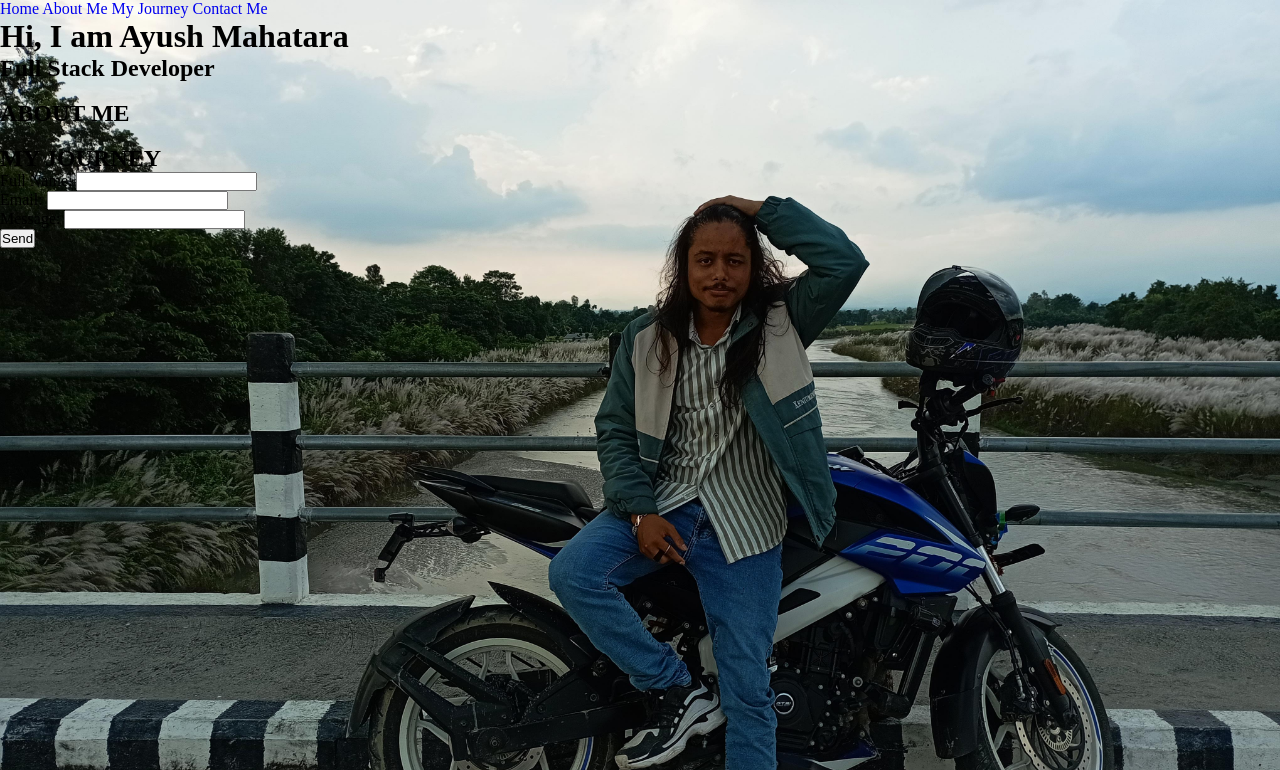
Repository: AyushMahatara/personal-website
Page: New folder/index.html
The author's editor kept a copy of each file at every save. The page is drawn from the files as they stood at one save, then again after the next save.
The browser window is 1280 px wide. The pictures show the whole page.
Backgrounds fixed to the window are drawn as part of the page.

Above is the page before, as saved 2023-07-19 22:43:11.

After the next save:
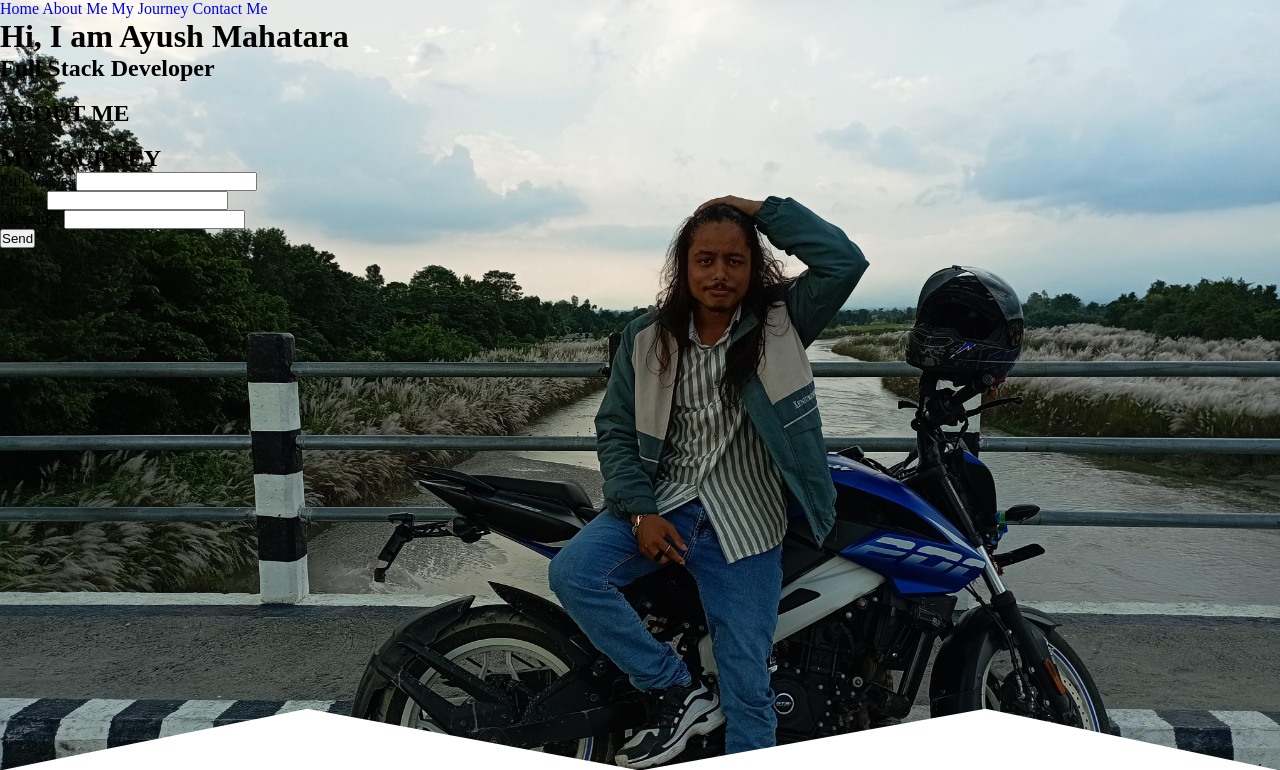
Saved 64 s later.
--- a/New folder/index.html
+++ b/New folder/index.html
@@ -21,6 +21,17 @@
       width: 100%;
       height: 107vh;
       position: relative;
+      clip-path: polygon(
+        0 0,
+        0 100%,
+        24% 92%,
+        50% 100%,
+        77% 92%,
+        100% 100%,
+        100% 0
+      );
+
+      overflow: hidden;
     }
   </style>
   <body>
